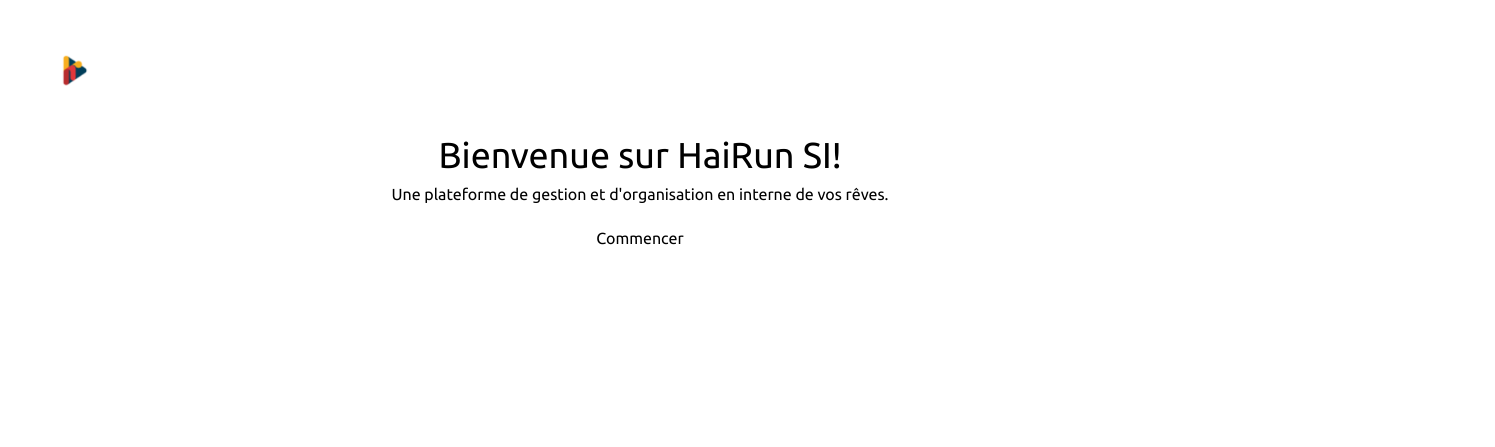
Repository: houlderHR/hairunsi-react-js-app
Page: /
The author's editor kept a copy of each file at every save. The page is drawn from the files as they stood at one save, then again after the next save.
The browser window is 1280 px wide. The page is 1280 px wide, then 1495 px, so the pictures cover 1495 px, including what lies to the right of the window. The pictures show the whole page.
The project was rebuilt for these pictures with package versions that can differ from the ones it lists, and the page was loaded fresh each time. Also part of the build but not shown: vite.config.ts.

Above is the page before, as saved 2024-03-22 17:40:52.

After the next save:
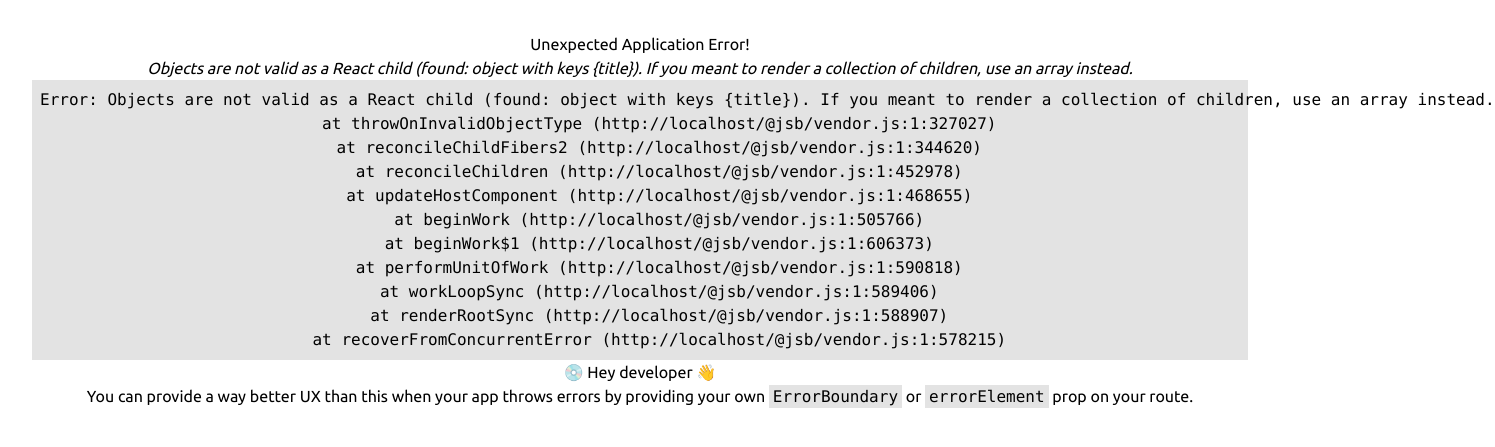
Console error (its wording comes from the project's code and is left out).
Saved 59 s later.
--- a/src/pages/Home/Home.tsx
+++ b/src/pages/Home/Home.tsx
@@ -2,6 +2,7 @@
 import logo from '../../assets/images/logo.png';
 import './Home.scss';
 import { LK_home } from '../../routes/endpoints';
+import UnauthButton from '../../shared/unauthentified/buttons/Button';
 
 const Home = () => {
   return (
@@ -16,7 +17,8 @@
             <h3 className="mt-1 description text-center px-2 xl:px-36">Une plateforme de gestion et d'organisation en interne de vos rêves.</h3>
           </div>
           <Link to={LK_home}>
-            <button className="border border-white-300 rounded-md text-white uppercase mt-20 hover:cursor-pointer start-button">Commencer</button>
+            {/* <button className="border border-white-300 rounded-md text-white uppercase mt-20 hover:cursor-pointer start-button">Commencer</button> */}
+            <UnauthButton title="Commencer"/>
           </Link>
         </div>
         <div className="absolute bg-cover z-20 inset-0 h-full w-full bg-no-repeat bg-svg">
